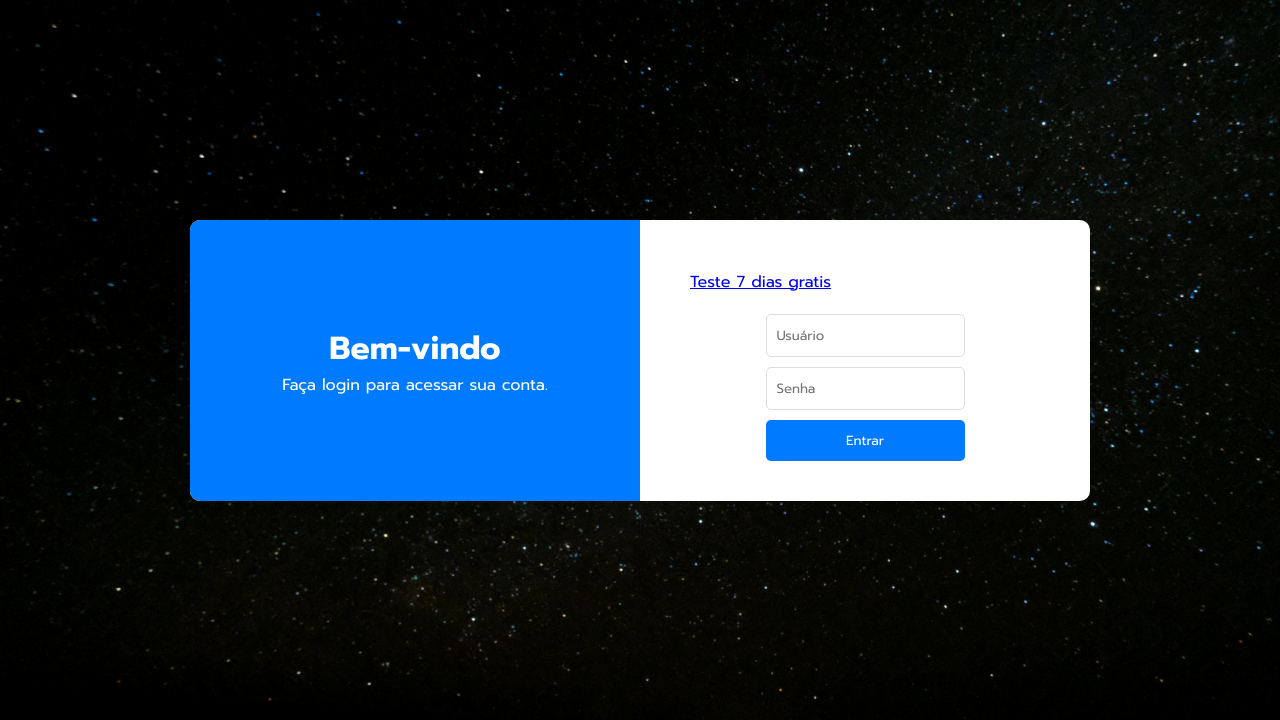
Repository: joao-paulo-paiva/tela-login
Page: index.html
The author's editor kept a copy of each file at every save. The page is drawn from the files as they stood at one save, then again after a run of saves.
The browser window is 1280 px wide. The pictures show the whole page.

Above is the page before, as saved 2025-04-15 11:12:12.

After the next 3 saves:
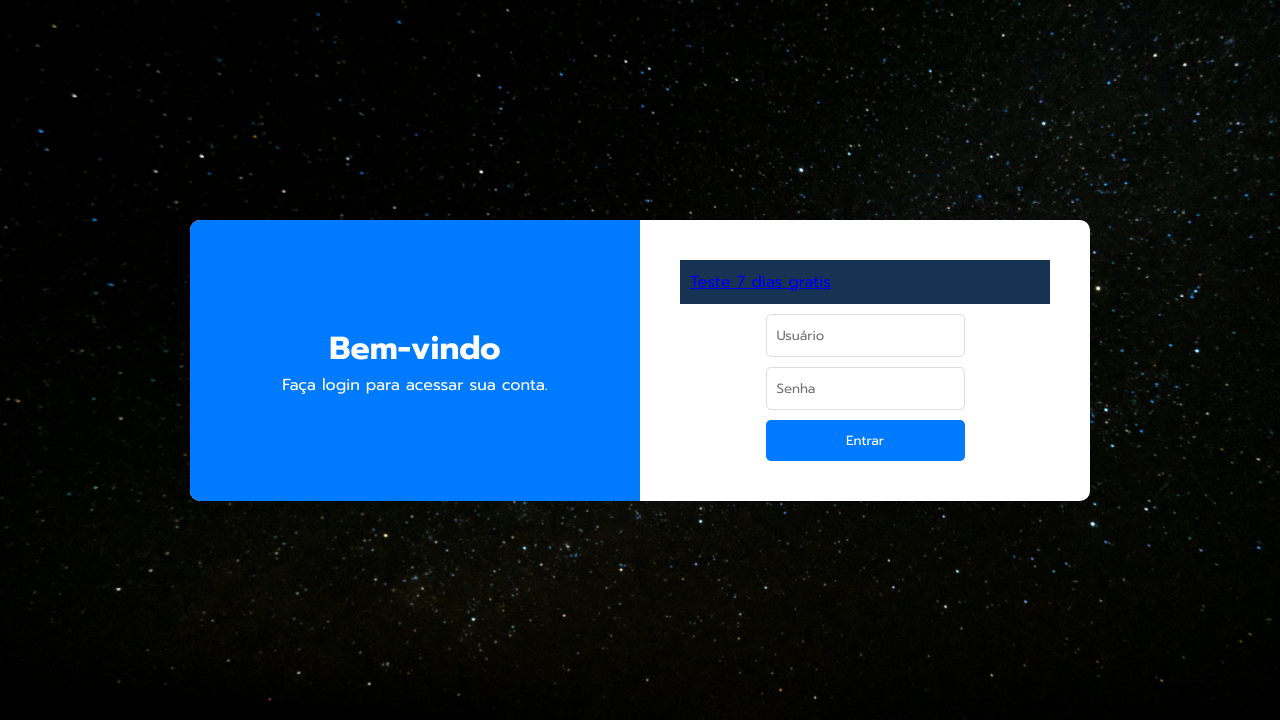
The 3 saves are shown as one change because they came seconds apart.
The last was saved 18 s later.
--- a/style.css
+++ b/style.css
@@ -57,6 +57,7 @@ input {
 .teste-gratis{
     width: 100%;
     padding: 10px;
+    background-color: #163353;
 }
 button {
     width: 100%;
